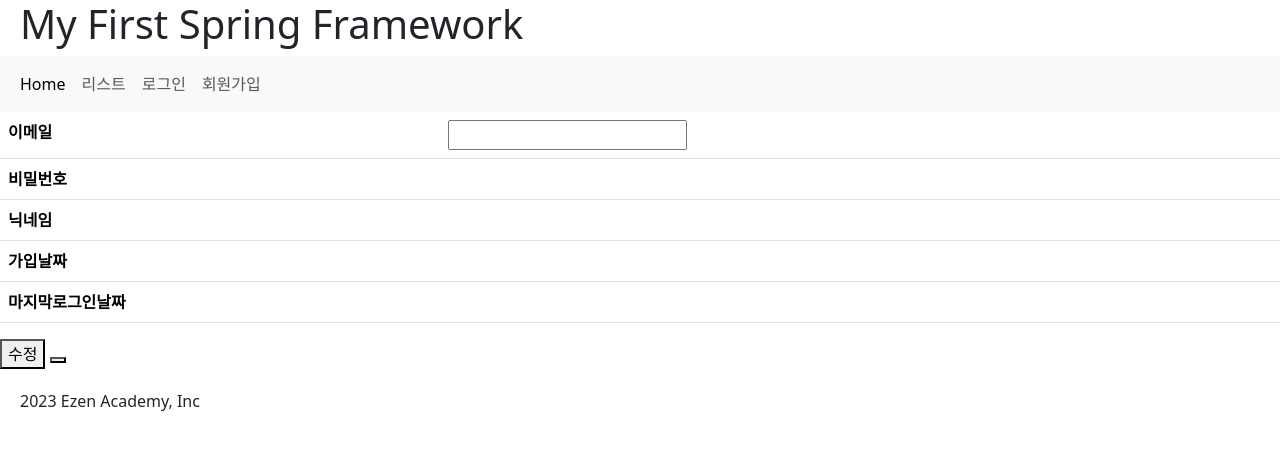
Repository: HongSeungBo/newspring
Page: http://localhost/springProject/WEB-INF/views/member/modify.jsp
These files come from the project's save history. The page is drawn as it stood at one moment and after the next save; the edit follows.
The browser window is 1280 px wide. The pictures show the whole page.
The page is served by Tomcat 9. Nobody is signed in. Other server files are loaded and not shown. The template is opened directly, without the code that normally fills it, so the values that code supplies are empty.

Above is the page before, as saved 2023-10-31 07:20:40.
Console error: SyntaxError: Unexpected identifier 'eventDefault'

### springProject/src/main/webapp/WEB-INF/views/member/modify.jsp
<%@ page language="java" contentType="text/html; charset=UTF-8"
    pageEncoding="UTF-8"%>
<!DOCTYPE html>
<html>
<head>
<meta charset="UTF-8">
<title>Insert title here</title>
</head>
<body>
<jsp:include page="../common/header.jsp"></jsp:include>
<jsp:include page="../common/nav.jsp"></jsp:include>
<form action="/member/modify" method="post">
	<table class="table">
		<tr>
			<th>이메일</th>
			<td>
				<input type="text" name="email" value="">
			</td>
		</tr>
		<tr>
			<th>비밀번호</th>
			<td>
			</td>
		</tr>
		<tr>
			<th>닉네임</th>
			<td>
			</td>
		</tr>
		<tr>
			<th>가입날짜</th>
			<td>
			</td>
		</tr>
		<tr>
			<th>마지막로그인날짜</th>
			<td>
			</td>
		</tr>
	</table>
	<button type="submit">수정</button>
	<a href="/"><button type="button"></button></a>
</form>
<jsp:include page="../common/footer.jsp"></jsp:include>
</body>
</html>

### springProject/src/main/webapp/WEB-INF/views/common/header.jsp
<%@ page language="java" contentType="text/html; charset=UTF-8"
    pageEncoding="UTF-8"%>
    <%@ taglib prefix="c" uri="http://java.sun.com/jsp/jstl/core" %>
<!DOCTYPE html>
<html>
<head>
<style type="text/css">
h1{
	margin: 20px;
}
</style>
<meta charset="UTF-8">
<title>Insert title here</title>
<link href="https://cdn.jsdelivr.net/npm/bootstrap@5.3.1/dist/css/bootstrap.min.css" rel="stylesheet" integrity="sha384-4bw+/aepP/YC94hEpVNVgiZdgIC5+VKNBQNGCHeKRQN+PtmoHDEXuppvnDJzQIu9" crossorigin="anonymous">
<script src="https://cdn.jsdelivr.net/npm/bootstrap@5.3.1/dist/js/bootstrap.bundle.min.js" integrity="sha384-HwwvtgBNo3bZJJLYd8oVXjrBZt8cqVSpeBNS5n7C8IVInixGAoxmnlMuBnhbgrkm" crossorigin="anonymous"></script>
</head>
<body>
	<h1>My First Spring Framework</h1>
</body>
</html>

### springProject/src/main/webapp/WEB-INF/views/common/nav.jsp
<%@ page language="java" contentType="text/html; charset=UTF-8"
	pageEncoding="UTF-8"%>
	<%@ taglib prefix="c" uri="http://java.sun.com/jsp/jstl/core" %>
	<%@ taglib prefix="sec"  uri="http://www.springframework.org/security/tags" %>
<!DOCTYPE html>
<html>
<head>
<meta charset="UTF-8">
<title>Insert title here</title>
</head>
<body>
	<header>
		<nav class="navbar navbar-expand-lg bg-body-tertiary">
  <div class="container-fluid">
    <div class="collapse navbar-collapse" id="navbarSupportedContent">
      <ul class="navbar-nav me-auto mb-2 mb-lg-0">
        <li class="nav-item">
          <a class="nav-link active" aria-current="page" href="/">Home</a>
        </li>
        <li class="nav-item">
          <a class="nav-link" href="/board/list">리스트</a>
        </li>
        <sec:authorize access="isAuthenticated()">
        	<!-- 사용자 정보는 principal -->
        	<sec:authentication property="principal.mvo.email" var="authEmail"/>
        	<sec:authentication property="principal.mvo.nickName" var="authNick"/>
        	<sec:authentication property="principal.mvo.authList" var="auths"/>

        	<c:choose>
        		<c:when test="${auths.stream().anyMatch(authVO -> authVO.auth.equals('ROLE_ADMIN')).get() }">
        			<li class="nav-item">
        				<a class="nav-link" href="/member/list">ADMIN > ${authEmail }</a>
        			</li>
        		</c:when>
        		<c:otherwise>
        			<li class="nav-item">
        				<a class="nav-link" href="/member/detail?email=${authEmail }">${authNick }</a>
        			</li>
        		</c:otherwise>
        	</c:choose>
			<li class="nav-item">
			   <a class="nav-link" href="/board/register">글쓰기</a>
			</li>

	    	<li class="nav-item">
	    	    <a class="nav-link" href="/member/logout" id="logoutLink">로그아웃</a>
		    </li>
	    	<li class="nav-item">
	    	    <a class="nav-link" href="/member/modify?email=${authEmail }" id="memmodify">회원정보 수정</a>
		    </li>
	        <form action="/member/logout" method="post" id="logoutForm">
	    	    <input type="hidden" name="email" value="${authEmail }">
	        </form>
        </sec:authorize>

	    <sec:authorize access="isAnonymous()">
	        <li class="nav-item">
	          <a class="nav-link" href="/member/login">로그인</a>
	        </li>
	        <li class="nav-item">
	          <a class="nav-link" href="/member/register">회원가입</a>
	        </li>
	    </sec:authorize>
      </ul>
    </div>
  </div>
</nav>
	</header>
<script type="text/javascript">
document.getElementById('logoutLink').addEventListener('click',function(e){
	e.pr	eventDefault();
	document.getElementById('logoutForm').submit();
})
</script>
</body>
</html>

### springProject/src/main/webapp/WEB-INF/views/common/footer.jsp
<%@ page language="java" contentType="text/html; charset=UTF-8"
    pageEncoding="UTF-8"%>
    <%@ taglib prefix="c" uri="http://java.sun.com/jsp/jstl/core" %>
<!DOCTYPE html>
<html>
<head>
<style type="text/css">
p{
	margin: 20px;
}
</style>
<meta charset="UTF-8">
<title>Insert title here</title>
</head>
<body>
<div>
	<p>2023 Ezen Academy, Inc</p>
</div>
</body>
</html>

After the next save:
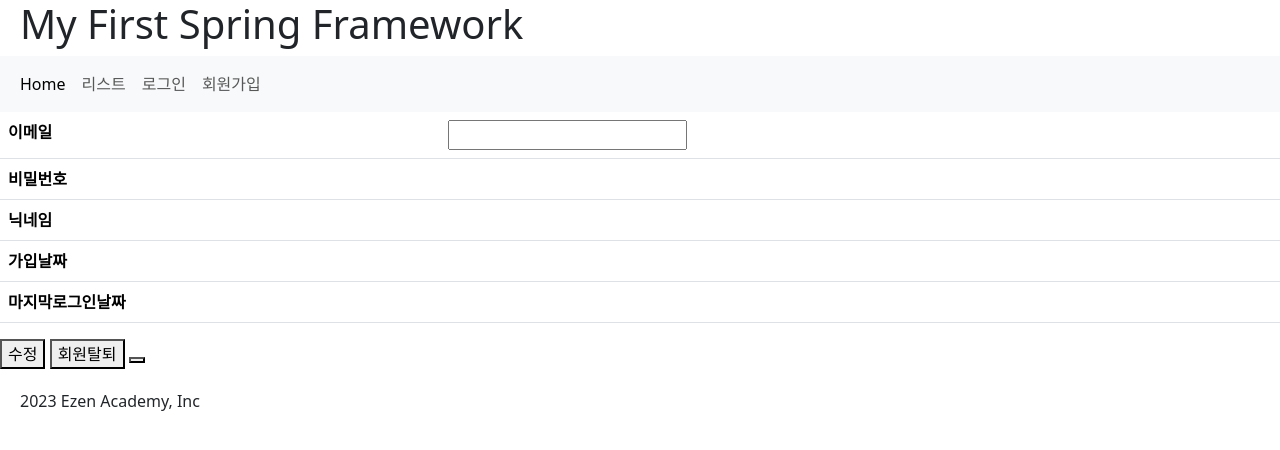
Saved 26 s later.
--- a/springProject/src/main/webapp/WEB-INF/views/member/modify.jsp
+++ b/springProject/src/main/webapp/WEB-INF/views/member/modify.jsp
@@ -39,6 +39,7 @@
 		</tr>
 	</table>
 	<button type="submit">수정</button>
+	<a href="/"><button type="button">회원탈퇴</button></a>
 	<a href="/"><button type="button"></button></a>
 </form>
 <jsp:include page="../common/footer.jsp"></jsp:include>
